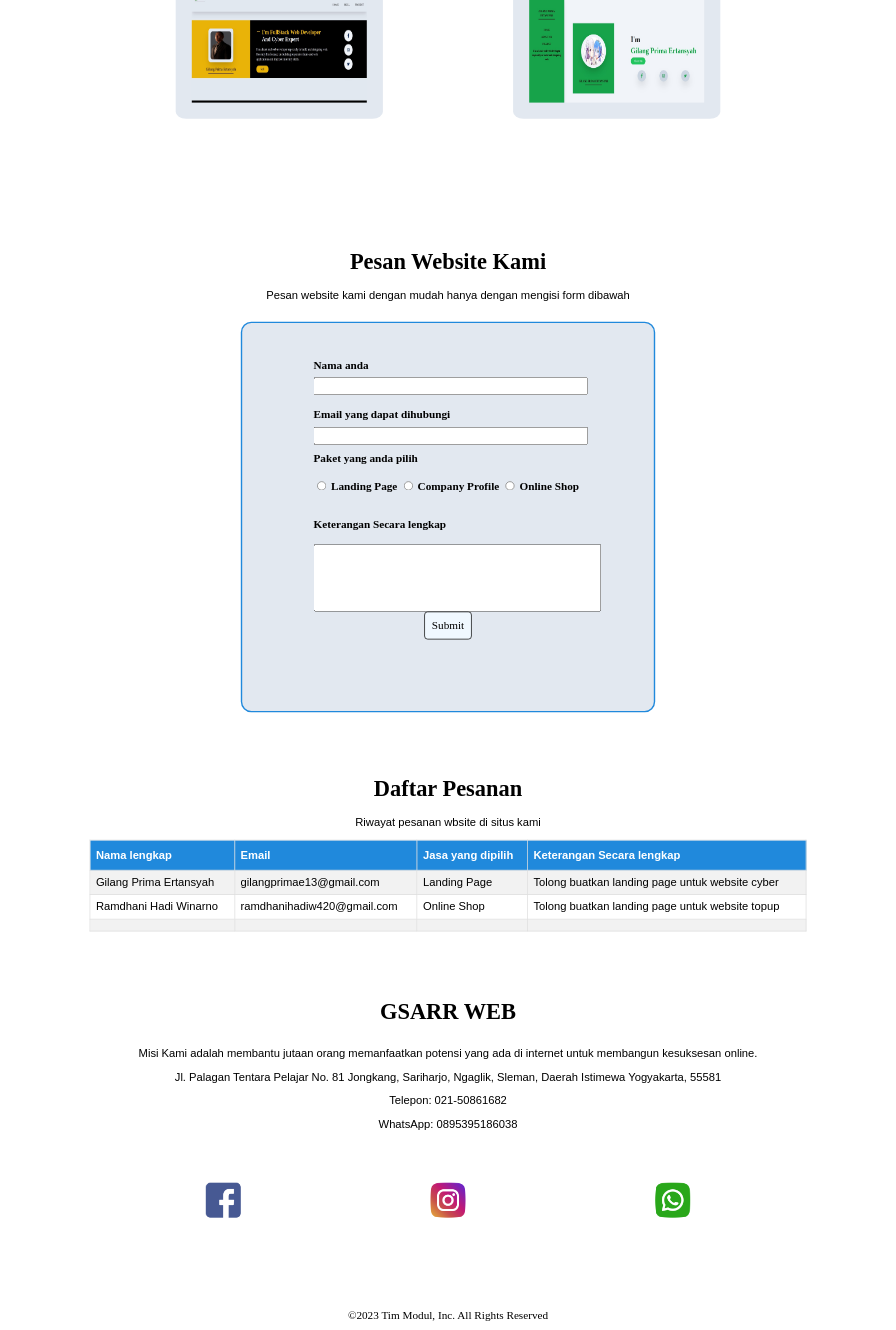
Repository: zecht12/TimModul
Page: TimModul.html
The author's editor kept a copy of each file at every save. The page is drawn from the files as they stood at one save, then again after a run of saves.
The browser window is 1280 px wide. The pictures show the part of the page from y = 2552 to 4472 px (the page is 4452 px tall before and 4472 px after), at 70% of full size.

Above is the page before, as saved 2023-04-27 19:21:27.

### TimModul.html
<!DOCTYPE html>
<html lang="en">
<head>
    <meta charset="UTF-8">
    <meta http-equiv="X-UA-Compatible" content="IE=edge">
    <meta name="viewport" content="width=device-width, initial-scale=1.0">
    <link rel="stylesheet" href="style.css">
    <script src="script.js"></script>
    <title>Jasa Coding</title>
</head>
<body>
    <div style="height: 80px; width: 100%; background-color: white;">
        <header>
            <img src="./assets/wallpaper.jpg" alt="Image" style="height: 50px; width: 50px; border-radius: 100%;" >
            <ul class="nav_links">
                <li><a href="#">Home</a></li>
                <li><a href="#Paket">Harga</a></li>
                <li><a href="#Produk">Produk</a></li>
                <li><a href="#Forms">Form</a></li>
                <li><a href="#Dokumen">Dokumen</a></li>
            </ul>
        </headers>
    </div>
    <div style="background-image: url(./assets/bg.jpg); background-size: cover; background-position: top; width: 100%; height: 120vh; background-repeat: no-repeat; background-position: center;">
        <div style="display: flex; justify-content: center; align-items: center; padding: 5%; width: auto; height: auto;">
            <div style="height: auto; width: 70%; display: flex ; justify-content: center; align-items: center;">
                <div>
                    <div style=" display: flex; justify-content: center; align-items: center;">
                        <p style="text-align: center; color: white; font-size: 50px; font-weight: bold; width: 80%;">Jasa Pembuatan Website untuk Segala Kebutuhan Anda!</p>
                    </div>
                    <div style=" display: flex; justify-content: center; align-items: center; ">
                        <p style="text-align: center; color: white; font-size: large; width: 80%; ">Ingin wujudkan website impian tanpa ribet? Kami siap membantu Anda! Tersedia layanan jasa pembuatan website murah dan berkualitas dengan fitur terlengkap!</p>
                    </div>
                    <div style=" display: flex; justify-content: space-evenly; align-items: center;">
                        <div style=" display: flex; justify-content: center; align-items: center; gap: 5px;">
                            <img src="./assets/check.png" alt="check" width="30px" height="30px">
                            <p style="text-align: center; color: white; font-size: medium;">Proses Cepat</p>
                        </div>
                        <div style=" display: flex; justify-content: center; align-items: center; gap: 5px;">
                            <img src="./assets/check.png" alt="check" width="30px" height="30px">
                            <p style="text-align: center; color: white; font-size: medium">Harga Terjangkau</p>
                        </div>
                        <div style=" display: flex; justify-content: center; align-items: center; gap: 5px;">
                            <img src="./assets/check.png" alt="check" width="30px" height="30px">
                            <p style="text-align: center; color: white; font-size: medium;">Website Profesional</p>
                        </div>
                    </div>
                    <div style=" display: flex; justify-content: center; align-items: center; width: auto; height: auto;">
                        <p style="text-align: center; color: white; font-size: xx-large; font-weight: bold;">GSARR WEB</p>
                    </div>
                    <div style=" display: flex; justify-content: center; align-items: center; width: auto; height: auto;">
                        <a class="button1" href="#Paket" style="width: 200px; height: 50px; display: flex; justify-content: center; align-items: center; border-radius: 15px; background: #fff; color: #000; border: 2px solid #fff; cursor: pointer;">
                            Lihat Penawaran
                        </a>
                    </div>
                </div>
            </div>
        </div>
    </div>
    <div class="Paket" id="Paket" style="width: 100%; height: 120vh;">
        <p style="text-align: center; font-size: xx-large; font-weight: bold;">Harga Paket Jasa Pembuatan Website</p>
        <p style="text-align: center; font-size: medium; font-weight: bold; ">Tak perlu biaya mahal, Niagaweb menghadirkan jasa pembuatan website dengan harga terjangkau, fitur terbaik, dan layanan support nomor satu!</p>
        <div style="padding-left: 5%; padding-right: 5%;padding-top: 2%;display: flex;justify-content: space-evenly; align-items: center;" >
            <div style="padding: 2%; background-color: #e8ebf0; border-radius: 5%; height: 600px; width: 300px;">
                <p style="color: rgb(49, 49, 49); font-weight: bold; font-size: larger;">Landing Page</p>
                <p style="color: gray; font-weight: bold; font-size: medium;">Mulai dari:</p>
                <p style="color: #2089dc; font-size: xx-large; font-weight: bold; margin: auto; padding-bottom: 4%;">Rp 750.000</p>
                <div style="display: flex; justify-content: center; align-items: center;">
                    <a class="button1" href="#Forms" style="width: 200px; height: 50px; display: flex; justify-content: center; align-items: center; border-radius: 15px; background: transparent; color: #2089dc; border: 2px solid #2089dc; cursor: pointer;">
                        Checkout
                    </a>
                </div>
                <p style="color: gray; font-weight: bold; font-size: medium;">Bangun landing page dengan desain profesional! Biaya website terjangkau dengan fitur terbaik cocok untuk memulai bisnis online Anda.</p>
                <div style=" display: flex; justify-content: start; align-items: center; gap: 2px;">
                    <img src="./assets/check.png" alt="check" width="20px" height="20px">
                    <p style="color: black; font-size: medium;">Gratis Hosting dan Domain</p>
                </div>
                <div style=" display: flex; justify-content: start; align-items: center; gap: 2px;">
                    <img src="./assets/check.png" alt="check" width="20px" height="20px">
                    <p style="color: black; font-size: medium;">30 Pilihan Tema</p>
                </div>
                <div style=" display: flex; justify-content: start; align-items: center; gap: 2px;">
                    <img src="./assets/check.png" alt="check" width="20px" height="20px">
                    <p style="color: black; font-size: medium;">Free Maintenance di Bulan Pertama</p>
                </div>
                <div style=" display: flex; justify-content: start; align-items: center; gap: 2px;">
                    <img src="./assets/check.png" alt="check" width="20px" height="20px">
                    <p style="color: black; font-size: medium;">SEO Friendly</p>
                </div>
                <div style=" display: flex; justify-content: start; align-items: center; gap: 2px;">
                    <img src="./assets/check.png" alt="check" width="20px" height="20px">
                    <p style="color: black; font-size: medium;">Desain Responsif</p>
                </div>
                <div style=" display: flex; justify-content: start; align-items: center; gap: 2px;">
                    <img src="./assets/check.png" alt="check" width="20px" height="20px">
                    <p style="color: black; font-size: medium;">Pengerjaan 7 Hari Kerja</p>
                </div>
            </div>
            <div style="padding: 2%; background-color: #e8ebf0; border-radius: 5%; height: 600px; width: 300px;">
                <p style="color: rgb(49, 49, 49); font-weight: bold; font-size: larger;">Company Profile</p>
                <p style="color: gray; font-weight: bold; font-size: medium;">Mulai dari:</p>
                <p style="color: #2089dc; font-size: xx-large; font-weight: bold; margin: auto; padding-bottom: 4%;">Rp 2.000.000</p>
                <div style="display: flex; justify-content: center; align-items: center;">
                    <a class="button1" href="#Forms" style="width: 200px; height: 50px; display: flex; justify-content: center; align-items: center; border-radius: 15px; background: transparent; color: #2089dc; border: 2px solid #2089dc; cursor: pointer;">
                        Checkout
                    </a>
                </div>
                <p style="color: gray; font-weight: bold; font-size: medium;">Jasa pembuatan website untuk perusahaan B2B seperti konsultan, distributor, dan manufaktur. Saatnya tampilkan kesan profesional untuk perusahaan Anda!</p>
                <div style=" display: flex; justify-content: start; align-items: center; gap: 2px;">
                    <img src="./assets/check.png" alt="check" width="20px" height="20px">
                    <p style="color: black; font-size: medium;">Free Unlimited Hosting</p>
                </div>
                <div style=" display: flex; justify-content: start; align-items: center; gap: 2px;">
                    <img src="./assets/check.png" alt="check" width="20px" height="20px">
                    <p style="color: black; font-size: medium;">Free Maintenance Setiap Bulan</p>
                </div>
                <div style=" display: flex; justify-content: start; align-items: center; gap: 2px;">
                    <img src="./assets/check.png" alt="check" width="20px" height="20px">
                    <p style="color: black; font-size: medium;">Gratis Setup 5 Konten / Artikel</p>
                </div>
                <div style=" display: flex; justify-content: start; align-items: center; gap: 2px;">
                    <img src="./assets/check.png" alt="check" width="20px" height="20px">
                    <p style="color: black; font-size: medium;">1 Halaman Awal</p>
                </div>
                <div style=" display: flex; justify-content: start; align-items: center; gap: 2px;">
                    <img src="./assets/check.png" alt="check" width="20px" height="20px">
                    <p style="color: black; font-size: medium;">1x Revisi Desain</p>
                </div>
                <div style=" display: flex; justify-content: start; align-items: center; gap: 2px;">
                    <img src="./assets/check.png" alt="check" width="20px" height="20px">
                    <p style="color: black; font-size: medium;">500+ Tema Pilihan</p>
                </div>
            </div>
            <div style="padding: 2%; background-color: #e8ebf0; border-radius: 5%; height: 600px; width: 300px;">
                <p style="color: rgb(49, 49, 49); font-weight: bold; font-size: larger;">Online Shop</p>
                <p style="color: gray; font-weight: bold; font-size: medium;">Mulai dari:</p>
                <p style="color: #2089dc; font-size: xx-large; font-weight: bold; margin: auto; padding-bottom: 4%;">Rp 2.900.000</p>
                <div style="display: flex; justify-content: center; align-items: center;">
                    <a class="button1" href="#Forms" style="width: 200px; height: 50px; display: flex; justify-content: center; align-items: center; border-radius: 15px; background: transparent; color: #2089dc; border: 2px solid #2089dc; cursor: pointer;">
                        Checkout
                    </a>
                </div>
                <p style="color: gray; font-weight: bold; font-size: medium;">Jasa website profesional yang direkomendasikan untuk bisnis atau UKM B2C seperti bisnis kuliner, properti, konveksi, travel, dll.</p>
                <div style=" display: flex; justify-content: start; align-items: center; gap: 2px;">
                    <img src="./assets/check.png" alt="check" width="20px" height="20px">
                    <p style="color: black; font-size: medium;">Gratis Setup5 Produk Unggulan</p>
                </div>
                <div style=" display: flex; justify-content: start; align-items: center; gap: 2px;">
                    <img src="./assets/check.png" alt="check" width="20px" height="20px">
                    <p style="color: black; font-size: medium;">Integrasi Marketplace / Instagram Shop</p>
                </div>
                <div style=" display: flex; justify-content: start; align-items: center; gap: 2px;">
                    <img src="./assets/check.png" alt="check" width="20px" height="20px">
                    <p style="color: black; font-size: medium;">Fitur Payment & Shipping</p>
                </div>
                <div style=" display: flex; justify-content: start; align-items: center; gap: 2px;">
                    <img src="./assets/check.png" alt="check" width="20px" height="20px">
                    <p style="color: black; font-size: medium;">5 Halaman Awal</p>
                </div>
                <div style=" display: flex; justify-content: start; align-items: center; gap: 2px;">
                    <img src="./assets/check.png" alt="check" width="20px" height="20px">
                    <p style="color: black; font-size: medium;">1x Revisi Desain</p>
                </div>
                <div style=" display: flex; justify-content: start; align-items: center; gap: 2px;">
                    <img src="./assets/check.png" alt="check" width="20px" height="20px">
                    <p style="color: black; font-size: medium;">500+ Tema Pilihan</p>
                </div>
            </div>
        </div>
    </div>
    <div id="Produk" style="width: 100%; height: 100vh; padding-top: 5%;">
        <h1 style="text-align: center; font-size: xx-large; font: bolder;">Banyak Pilihan Desain</h1>
        <p style="text-align: center; font: caption;">Pilih satu dari puluhan desain yang tersedia</p>
        <div class="produk" id="produk" >
            <a href="./JenisWeb/Web1.html" style="padding: 2%; background-color: #E2E8F0; border-radius: 5%; display: flex; justify-items: center; align-items: center;">
                <img src="./assets/web.jpeg" alt="Image" style="height: 150px; width: 250px;" >
            </a>
            <a href="./JenisWeb/Web2.html" style="padding: 2%; background-color: #E2E8F0; border-radius: 5%; display: flex; justify-items: center; align-items: center;">
                <img src="./assets/web1.jpeg" alt="Image" style="height: 150px; width: 250px;" >
            </a>
            <a href="./JenisWeb/Web3.html" style="padding: 2%; background-color: #E2E8F0; border-radius: 5%; display: flex; justify-items: center; align-items: center;">
                <img src="./assets/web2.jpg" alt="Image" style="height: 150px; width: 250px;" >
            </a>
        </div>
        <div class="produk1" id="produk1" >
            <a href="./JenisWeb/Web4.html" style="padding: 2%; background-color: #E2E8F0; border-radius: 5%; display: flex; justify-items: center; align-items: center;">
                <img src="./assets/web3.jpg" alt="Image" style="height: 150px; width: 250px;" >
            </a>
            <a href="./JenisWeb/Web5.html" style="padding: 2%; background-color: #E2E8F0; border-radius: 5%; display: flex; justify-items: center; align-items: center;">
                <img src="./assets/web4.jpg" alt="Image" style="height: 150px; width: 250px;" >
            </a>
            <a href="./JenisWeb/Web6.html" style="padding: 2%; background-color: #E2E8F0; border-radius: 5%; display: flex; justify-items: center; align-items: center;">
                <img src="./assets/web5.jpg" alt="Image" style="height: 150px; width: 250px;" >
            </a>
        </div>
        <div class="produk2" id="produk2" >
            <a href="./JenisWeb/Web7.html" style="padding: 2%; background-color: #E2E8F0; border-radius: 5%; display: flex; justify-items: center; align-items: center;">
                <img src="./assets/web6.jpg" alt="Image" style="height: 150px; width: 250px;" >
            </a>
            <a href="./JenisWeb/Web8.html" style="padding: 2%; background-color: #E2E8F0; border-radius: 5%; display: flex; justify-items: center; align-items: center;">
                <img src="./assets/web7.jpg" alt="Image" style="height: 150px; width: 250px;" >
            </a>
        </div>
    </div>
    <h1 style="margin-top: 22%; text-align: center;">Pesan Website Kami</h1>
    <p style="text-align: center; font: caption;">Pesan website kami dengan mudah hanya dengan mengisi form dibawah</p>
    <div style="min-width: 60%; height: auto;">
        <div id="Forms" class="forms" id="forms" >
            <form style=" padding-bottom: 8%; padding-left: 8%; padding-right: 8%; padding-top: 4%; border-radius: 15px; background-color: #E2E8F0; color: #2089dc; border: 2px solid #2089dc;">
                <div class="Formnama">
                    <label for="Nama" class="Labelnama">Nama anda</label><br>
                    <input type="text" id="Nama" name="Nama" class="Nama">
                </div>

                <div class="Formemail">
                    <label for="Email" class="Labelemail">Email yang dapat dihubungi</label>
                    <input type="text" id="Email" name="Email" class="Email">
                </div>

                <p for="Pilihan" class="Pilihan">Paket yang anda pilih</p>
                <div style="padding-bottom: 5%;" id="Paket" >
                    <input type="radio" id="Landing_Page" name="Landing_Page" value="Landing_Page">
                    <label for="FrontEnd">Landing Page</label>

                    <input type="radio" id="Company_Profile" name="Company_Profile" value="Company_Profile">
                    <label for="BackEnd">Company Profile</label>

                    <input type="radio" id="Online_Shop" name="Online_Shop" value="Online_Shop">
                    <label for="FullStack">Online Shop</label><br>
                </div>

                <div>
                    <p style="color: black; font-weight: bold; padding-bottom: 1%;">Keterangan Secara lengkap</p>
                    <input type="text" id="Keterangan" name="Keterangan" class="Keterangan" style="padding-top: 10%; padding-bottom: 10%; padding-left: 10%; padding-right: 50%;">
                </div>

                <div style="display: flex; justify-content: center; align-items: center;">
                    <input type="submit" value="Submit" class="Button">
                </div>
            </form>
        </div>
    </div>
    <h1 style="margin-top: 2%; text-align: center;">Daftar Pesanan</h1>
    <p style="text-align: center; font: caption;">Riwayat pesanan wbsite di situs kami</p>
    <div id="Dokumen" style="display: flex; justify-content: center; align-items: center; width: 100%;">
        <table id="customers">
            <tr>
                <th>Nama lengkap</th>
                <th>Email</th>
                <th>Jasa yang dipilih</th>
                <th>Keterangan Secara lengkap</th>
            </tr>
            <tr>
                <td>Gilang Prima Ertansyah</td>
                <td>gilangprimae13@gmail.com</td>
                <td>Landing Page</td>
                <td>Tolong buatkan landing page untuk website cyber</td>
            </tr>
            <tr>
                <td>Ramdhani Hadi Winarno</td>
                <td>ramdhanihadiw420@gmail.com</td>
                <td>Online Shop</td>
                <td>Tolong buatkan landing page untuk website topup</td>
            </tr>
            <tr>
                <td id="p1"></td>
                <td id="p2"></td>
                <td></td>
                <td id="p4"></td>
            </tr>
        </table>
    </div>
    <div style="height: 70vh; width: 100%; background-color: white; margin: auto; justify-content: center; align-items: center;">
        <div style="padding: 5%;">
            <p style="text-align: center; color: black; font-size: xx-large; font-weight: bold;">GSARR WEB</p>
            <p style="text-align: center; font: caption;">Misi Kami adalah membantu jutaan orang memanfaatkan potensi yang ada di internet untuk membangun kesuksesan online.</p>
            <p style="text-align: center; font: caption;">Jl. Palagan Tentara Pelajar No. 81 Jongkang, Sariharjo, Ngaglik, Sleman, Daerah Istimewa Yogyakarta, 55581</p>
            <div>
                <p style="text-align: center; font: caption;">Telepon: 021-50861682</p>
                <p style="text-align: center; font: caption;">WhatsApp: 0895395186038</p>
            </div>
            <div class="Social" style="display: flex; align-items: center; justify-content: space-between; background-color: transparent; gap: 20px; padding-left: 20%; padding-right: 20%; padding-top: 5%; ">
                <a href="" style="background-color: #fff;">
                    <img src="/assets/facebook.png" alt="FB" width="50px" height="50px">
                </a>
                <a href="">
                    <img src="/assets/instagram.png" alt="FB" width="50px" height="50px">
                </a>
                <a href="">
                    <img src="/assets/whatsapp.png" alt="FB" width="50px" height="50px">
                </a>
            </div>
        </div>
    </div>
    <div style="height: 50px; width: 100%; background-color: white; margin: auto; justify-content: center; align-items: center;">
        <p style="color: black; text-align: center; padding-top: 20px;">&copy;2023 Tim Modul, Inc. All Rights Reserved</p>
    </div>
</body>
</html>

Loaded but not shown: script.js (9 lines, source omitted); style.css (140 lines, source omitted)

After the next 2 saves:
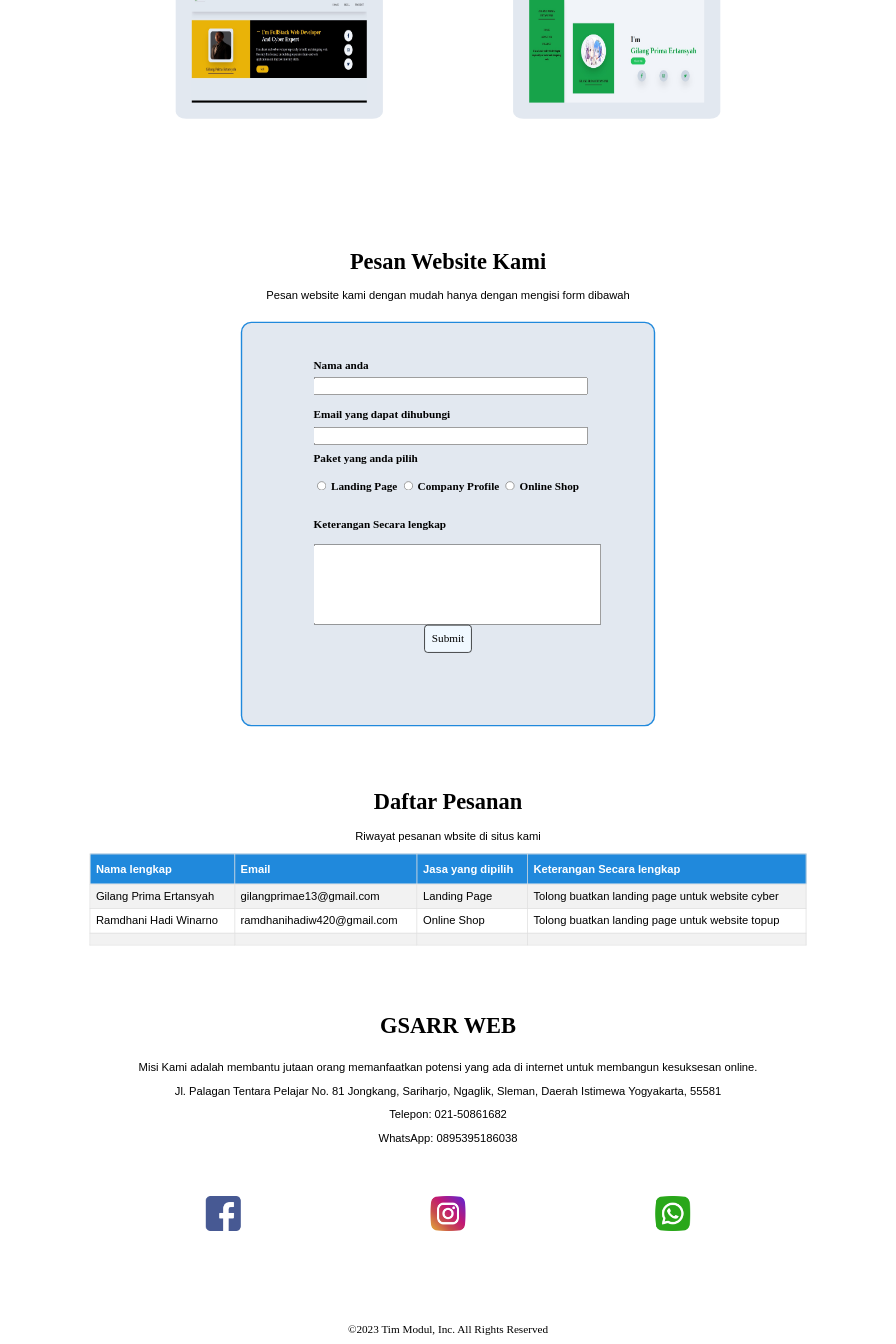
The 2 saves are shown as one change because they came seconds apart.
The last was saved 11 s later.
--- a/TimModul.html
+++ b/TimModul.html
@@ -231,7 +231,7 @@
 
                 <div>
                     <p style="color: black; font-weight: bold; padding-bottom: 1%;">Keterangan Secara lengkap</p>
-                    <input type="text" id="Keterangan" name="Keterangan" class="Keterangan" style="padding-top: 10%; padding-bottom: 10%; padding-left: 10%; padding-right: 50%;">
+                    <input type="text" id="Keterangan" name="Keterangan" class="Keterangan" style="padding-top: 10%; padding-bottom: 15%; padding-left: 10%; padding-right: 50%; ">
                 </div>
 
                 <div style="display: flex; justify-content: center; align-items: center;">
